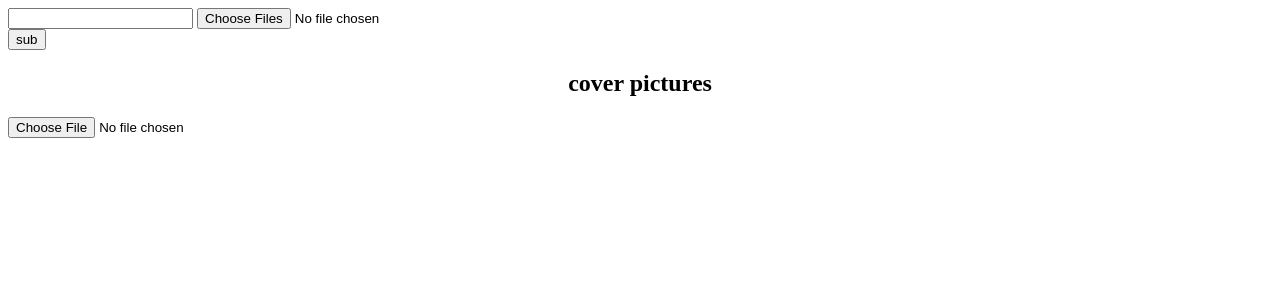
Repository: UnforgivenZZZ/bulldog
Page: http://localhost/bulldog/up.jsp
An editor plug-in stored every save of this project. The page is shown before and after the next save, followed by the edit.
The browser window is 1280 px wide. The pictures show the whole page.
The page is served by Tomcat 9.

Above is the page before, as saved 2017-07-18 22:37:55.

After the next save:
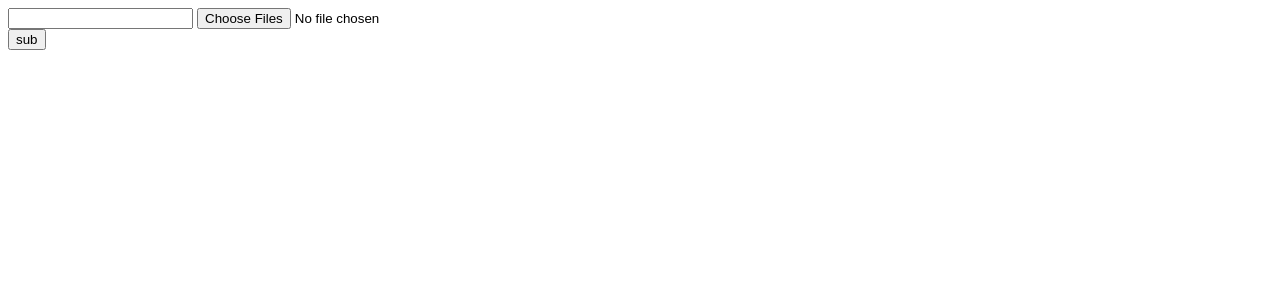
Saved 4 s later.
--- a/bulldog/WebContent/up.jsp
+++ b/bulldog/WebContent/up.jsp
@@ -18,13 +18,7 @@
 </form>
 
 
-<form>
-<div class="centered">
- <h2 style="text-align:center;">cover pictures</h2>
- <input type="file" name="datafile"/><br/>
- <div id="upload" style="display:none;">Uploading..</div>
-</div>
-</form>
+
 
 <!-- <form id="sub_pics">
 <div class="centered">
